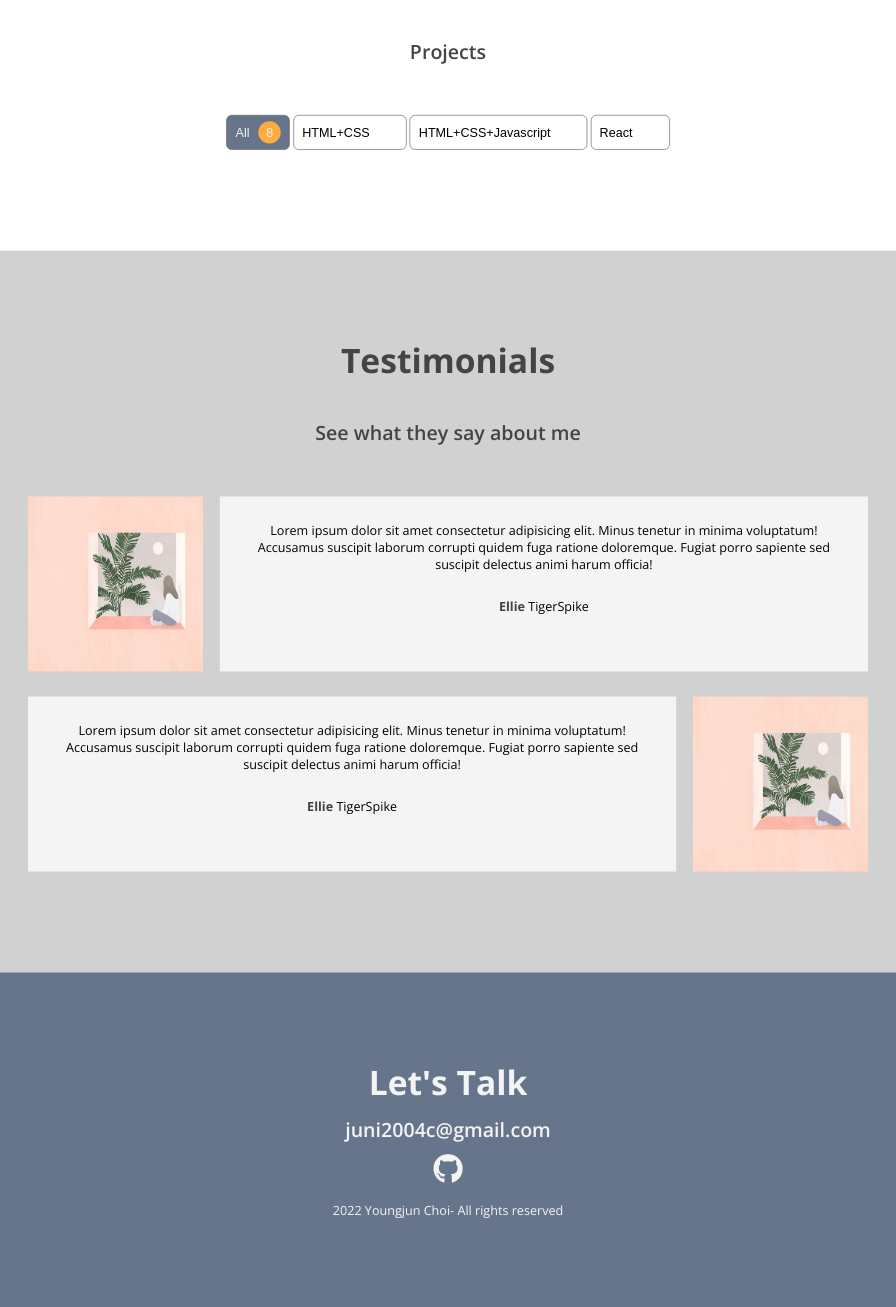
Repository: choi2021/portfolio-vanillaJS
Page: index.html
The author's editor kept a copy of each file at every save. The page is drawn from the files as they stood at one save, then again after the next save.
The browser window is 1280 px wide. The pictures show the part of the page from y = 3233 to 5153 px (the page is 5100 px tall before and 5636 px after), at 70% of full size.
Some web libraries are served in a nearby version.

Above is the page before, as saved 2022-01-08 22:20:51.
Console error: SyntaxError: Unexpected end of input

After the next save:
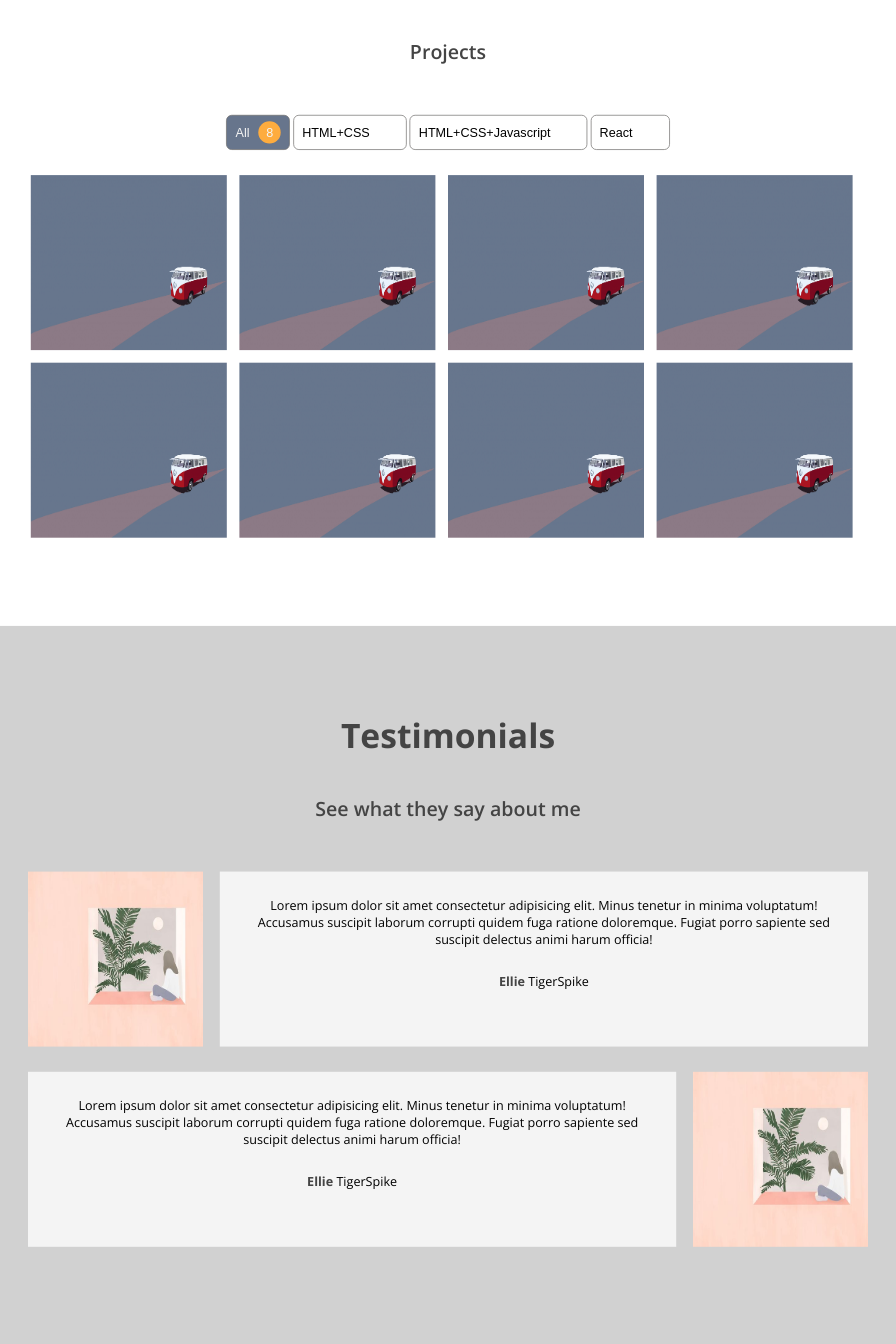
Saved 23 s later.
--- a/style.css
+++ b/style.css
@@ -406,11 +406,10 @@ button {
   height: var(--project-height);
   margin-right: calc(0.5 * var(--base-space));
   margin-bottom: calc(0.5 * var(--base-space));
+}
+
+.project.invisible {
   display: none;
-}
-
-.project.visible {
-  display: block;
 }
 
 .project img {
